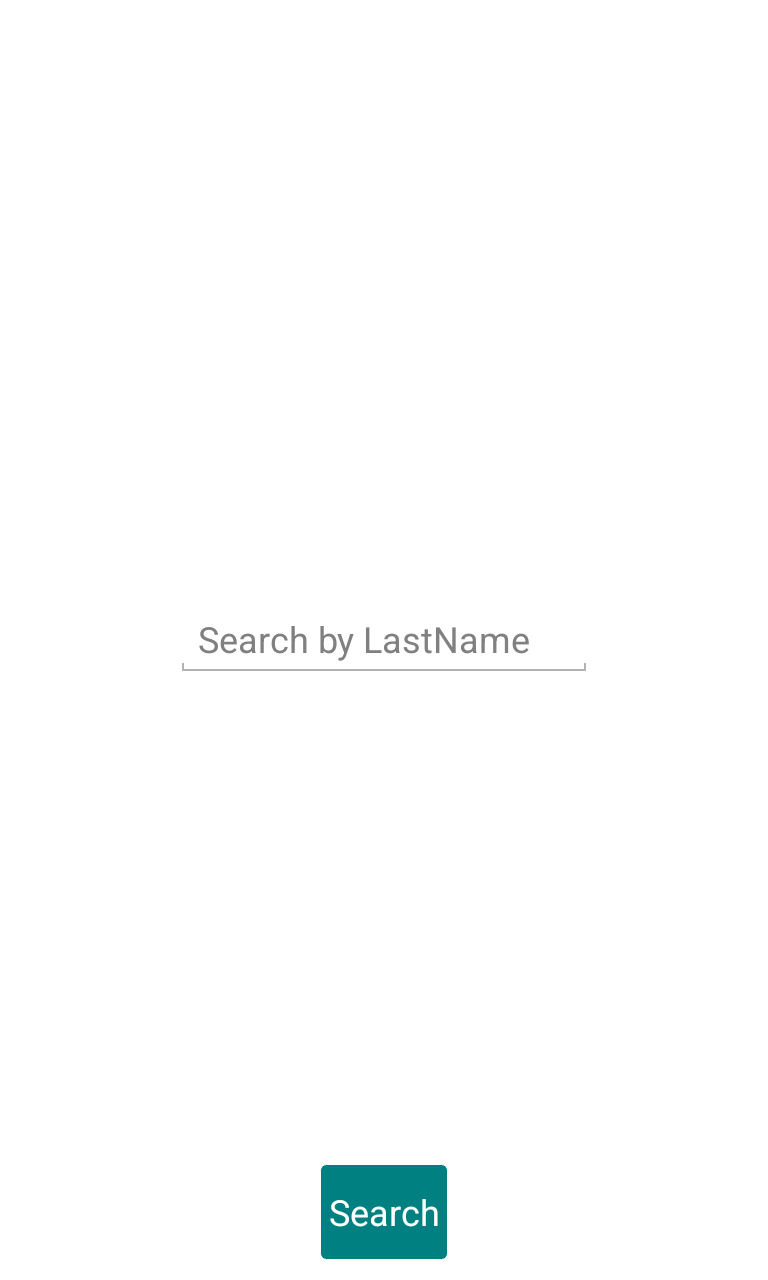
Repository: zyixc/ProjectChessV2
Layout: ChessMasters/res/layout/fragment_player_search_screen.xml
These files come from the project's save history. The layout is drawn as it stood at one moment and after the next save; the edit follows.
It is drawn on a 768 x 1280 px phone screen (xhdpi) without system bars, with theme AppTheme; the app's code is not run.

Above is the layout before, as saved 2014-06-25 13:26:38.

### ChessMasters/res/layout/fragment_player_search_screen.xml
<FrameLayout
    android:orientation="vertical"
    android:layout_width="fill_parent"
    android:layout_height="fill_parent"
    xmlns:android="http://schemas.android.com/apk/res/android">

    <EditText
        android:layout_width="wrap_content"
        android:layout_height="wrap_content"
        android:hint="@string/player_search_screen"
        android:id="@+id/FPSS_lastname_editText"
        android:ems="10"
        android:layout_gravity="center"
        android:inputType="textPersonName" />

    <Button
        android:layout_width="wrap_content"
        android:layout_height="wrap_content"
        android:text="@string/player_search_screen_search_button"
        android:id="@+id/FPSS_search_button"
        android:textColor="#ffffff"
        android:background="@drawable/btnborder"
        android:layout_gravity="center_horizontal|bottom" />

</FrameLayout>

### ChessMasters/res/values/styles.xml
<resources>

    <!-- Base application theme. -->
    <style name="AppTheme" parent="android:Theme.Holo.Light.DarkActionBar">
        <item name="android:layout_marginLeft">5dip</item>
        <item name="android:layout_marginRight">5dip</item>
        <item name="android:layout_marginTop">5dip</item>
        <item name="android:layout_marginBottom">5dip</item>
    </style>

</resources>

### ChessMasters/res/values/strings.xml
<?xml version="1.0" encoding="utf-8"?>
<resources>
    <!--Start screen-->
    <string name="app_name">Chess Master</string>
    <string name="action_settings">Settings</string>
    <string name="action_player_search_screen">PS</string>
    <string name="action_game_search_screen">GS</string>
    <string name="start_screen_player_search_button">Search Player</string>
    <string name="start_screen_game_search_button">Search Game</string>
    <string name="null_value">null</string>

    <!--compare screen -->
    <string name="compare_screen_result">Result:</string>
    <string name="compare_screen_result_white">White</string>
    <string name="compare_screen_result_black">Black</string>
    <string name="compare_screen_result_draw">Draw</string>
    <string name="compare_screen_rating">Rating:</string>
    <string name="compare_screen_rating_min">min</string>
    <string name="compare_screen_rating_max">max</string>
    <string name="compare_screen_rating_checkedbox_at_least_one">at least one</string>
    <string name="compare_screen_rating_checkedbox_both">both</string>
    <string name="compare_screen_search_button">Search</string>

    <!--game search screen -->
    <string name="game_search_screen_result">Result:</string>
    <string name="game_search_screen_result_white">White</string>
    <string name="game_search_screen_result_black">Black</string>
    <string name="game_search_screen_result_draw">Draw</string>
    <string name="game_search_screen_rating">Rating:</string>
    <string name="game_search_screen_rating_min">min</string>
    <string name="game_search_screen_rating_max">max</string>
    <string name="game_search_screen_whiteopening">White opening</string>
    <string name="game_search_screen_whiteopening_1st">1st</string>
    <string name="game_search_screen_whiteopening_2nd">2nd</string>
    <string name="game_search_screen_whiteopening_3rd">3rd</string>
    <string name="game_search_screen_blackopening">Black opening</string>
    <string name="game_search_screen_blackopening_1st">1st</string>
    <string name="game_search_screen_blackopening_2nd">2nd</string>
    <string name="game_search_screen_blackopening_3rd">3rd</string>
    <string name="game_search_screen_eco">Eco:</string>
    <string name="game_search_screen_button_search">Search</string>

    <!--player search screen-->
    <string name="player_search_screen">Search by LastName</string>
    <string name="player_search_screen_search_button">Search</string>

    <!--player profile screen-->
    <string name="player_profile_screen_player_name">Name:</string>
    <string name="player_profile_screen_player_rating">Recent Rating:</string>
    <string name="player_profile_screen_player_number_of_game">#Games:</string>
    <string name="player_profile_screen_player_number_of_game_textView">23</string>
    <string name="player_profile_screen_player_white_opening">White opening pref.:</string>
    <string name="player_profile_screen_player_white_opening_symbol">#</string>
    <!--Game search Result List screen-->

    <!--Game Detail screen-->
    <string name="game_detail_screen_player_black">Black:</string>
    <string name="game_detail_screen_player_white">White:</string>
    <string name="game_detail_screen_compare_button">Compare</string>
    <string name="game_detail_screen_result">Result:</string>
</resources>

### ChessMasters/res/drawable-hdpi/btnborder.xml
<?xml version="1.0" encoding="utf-8"?>
<shape xmlns:android="http://schemas.android.com/apk/res/android" android:shape="rectangle">
  <corners android:radius="3dp" />
  <padding android:left="2dp" android:right="2dp" android:top="2dp" android:bottom="2dp"/>
  <solid android:color="#008080"/>
  <stroke android:width="1px" android:color="#ffffff" />
</shape>

### ChessMasters/res/drawable-hdpi/customborder.xml
<?xml version="1.0" encoding="utf-8"?>

<shape xmlns:android="http://schemas.android.com/apk/res/android" android:shape="rectangle">
    <corners android:radius="0dp"/>
    <padding android:left="2dp" android:right="2dp" android:top="2dp" android:bottom="2dp"/>
    <gradient android:angle="0" android:startColor="#cce5e5" android:endColor="#FFFFFF"/>
    <stroke android:width="2dp" android:color="#008080"/>
</shape>

After the next save:
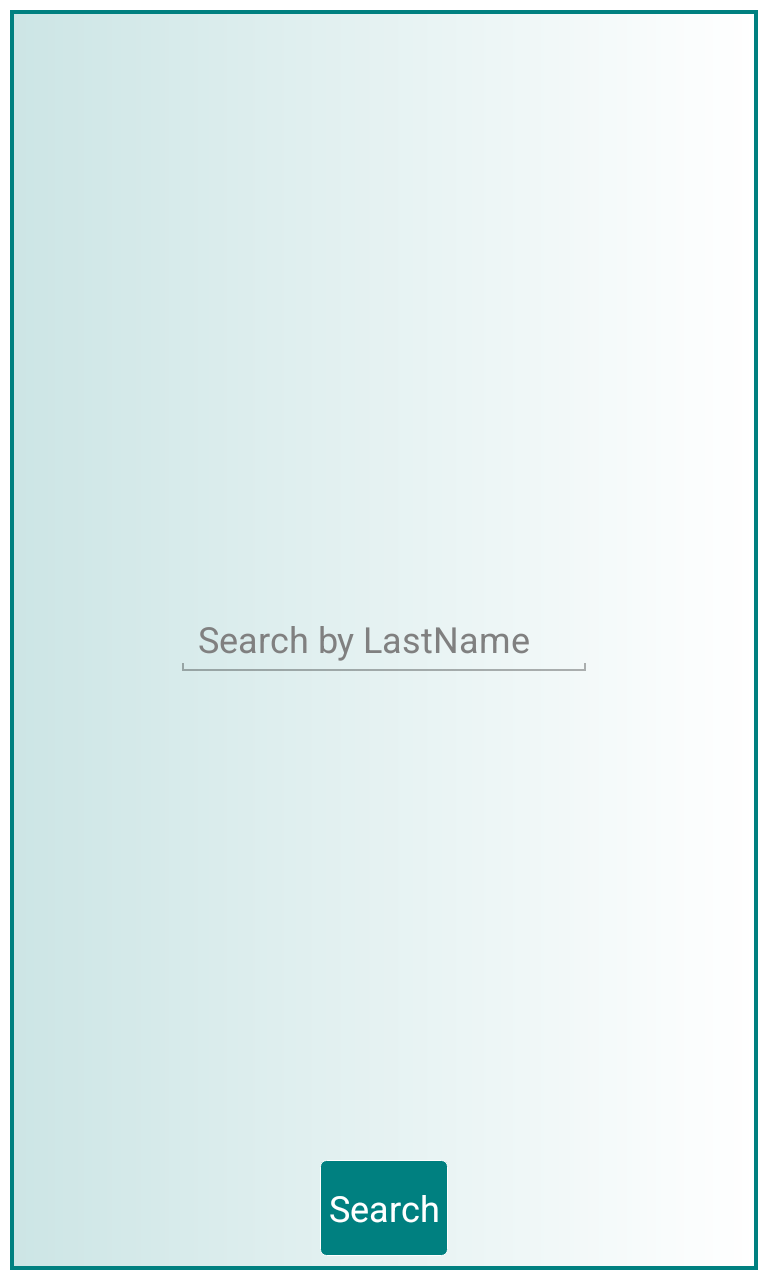
Saved 20 s later.
--- a/ChessMasters/res/layout/fragment_player_search_screen.xml
+++ b/ChessMasters/res/layout/fragment_player_search_screen.xml
@@ -1,8 +1,8 @@
-<FrameLayout
-    android:orientation="vertical"
+<FrameLayout xmlns:android="http://schemas.android.com/apk/res/android"
     android:layout_width="fill_parent"
     android:layout_height="fill_parent"
-    xmlns:android="http://schemas.android.com/apk/res/android">
+    android:background="@drawable/customborder"
+    android:orientation="vertical" >
 
     <EditText
         android:layout_width="wrap_content"
